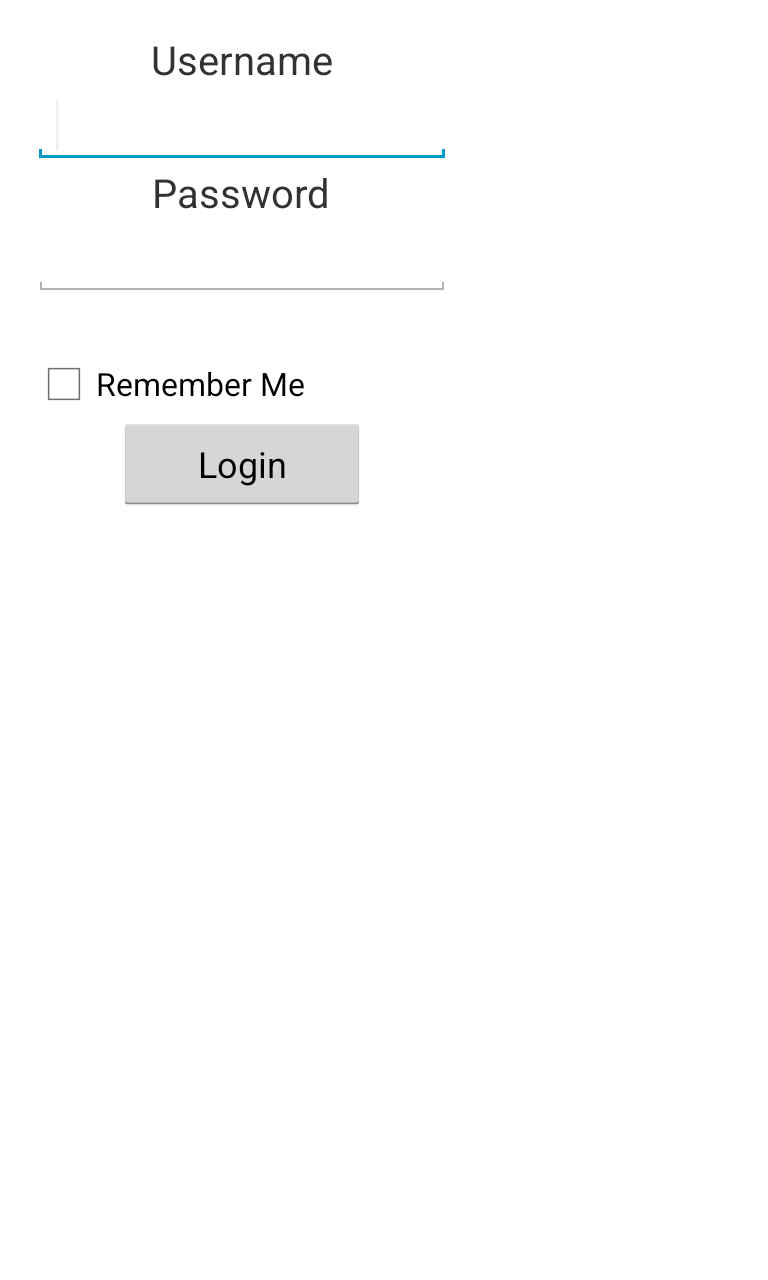
Repository: emeryduh/AndroidProject
Layout: client/TeamJonesProject/res/layout/activity_login.xml
An editor plug-in stored every save of this project. The layout is shown before and after the next save, followed by the edit.
It is drawn on a 768 x 1280 px phone screen (xhdpi) without system bars, with theme AppTheme; the app's code is not run.

Above is the layout before, as saved 2014-10-01 01:22:27.

After the next save:
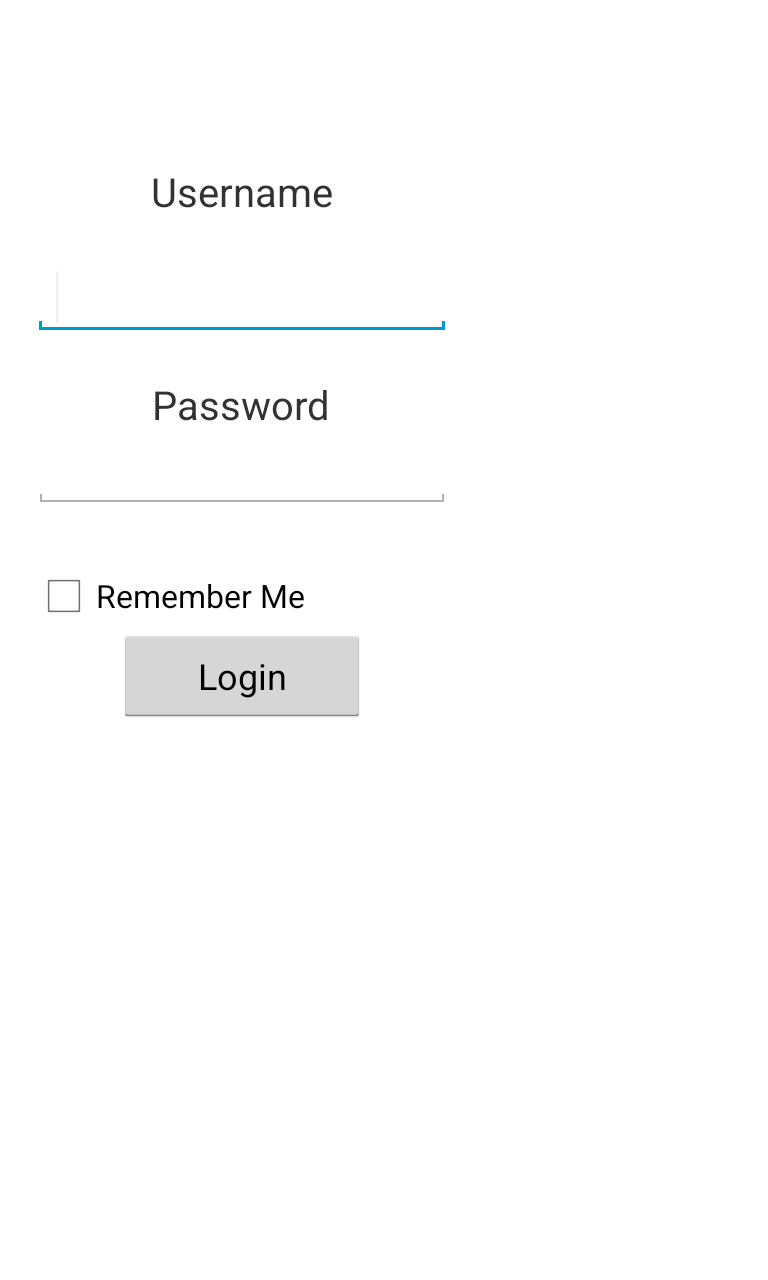
Saved 22 s later.
--- a/client/TeamJonesProject/res/layout/activity_login.xml
+++ b/client/TeamJonesProject/res/layout/activity_login.xml
@@ -30,6 +30,7 @@
             android:layout_width="wrap_content"
             android:layout_height="wrap_content"
             android:layout_gravity="center_horizontal"
+            android:layout_marginTop="66dp"
             android:text="@string/username_text"
             android:textSize="20sp" />
 
@@ -38,6 +39,7 @@
             android:layout_width="wrap_content"
             android:layout_height="wrap_content"
             android:layout_gravity="center_horizontal"
+            android:layout_marginTop="20dp"
             android:ems="10"
             android:inputType="textAutoComplete" >
 
@@ -49,6 +51,7 @@
             android:layout_width="wrap_content"
             android:layout_height="wrap_content"
             android:layout_gravity="center_horizontal"
+            android:layout_marginTop="@dimen/bodySpacing_top"
             android:text="@string/password_text"
             android:textSize="20sp" />
 
